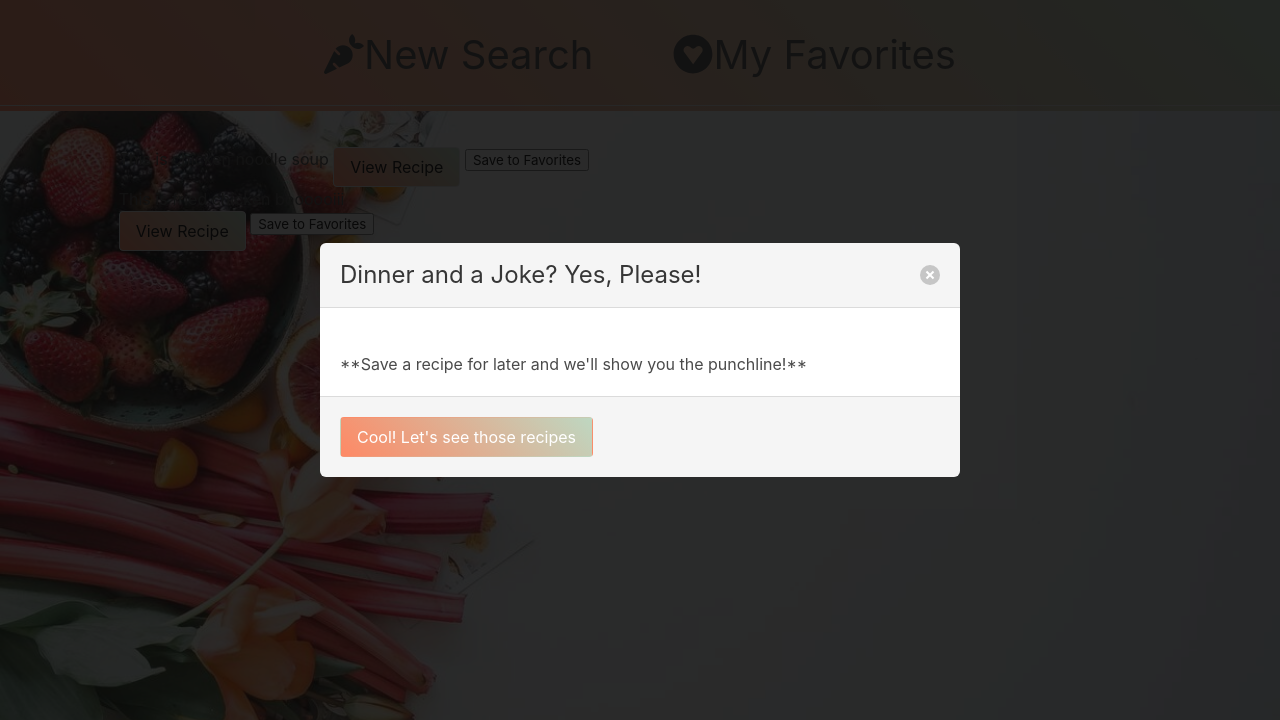
Repository: puakehaulani/the-hungry-app-proj1
Page: results.html
These files come from the project's save history. The page is drawn as it stood at one moment and after the next save; the edit follows.
The browser window is 1280 px wide. The pictures show the window.
The page's requests for data from a server got no answer. A layer covers the whole window, so only the first screen is drawn. Some web libraries are served in a nearby version.

Above is the page before, as saved 2020-10-17 12:41:00.

After the next save:
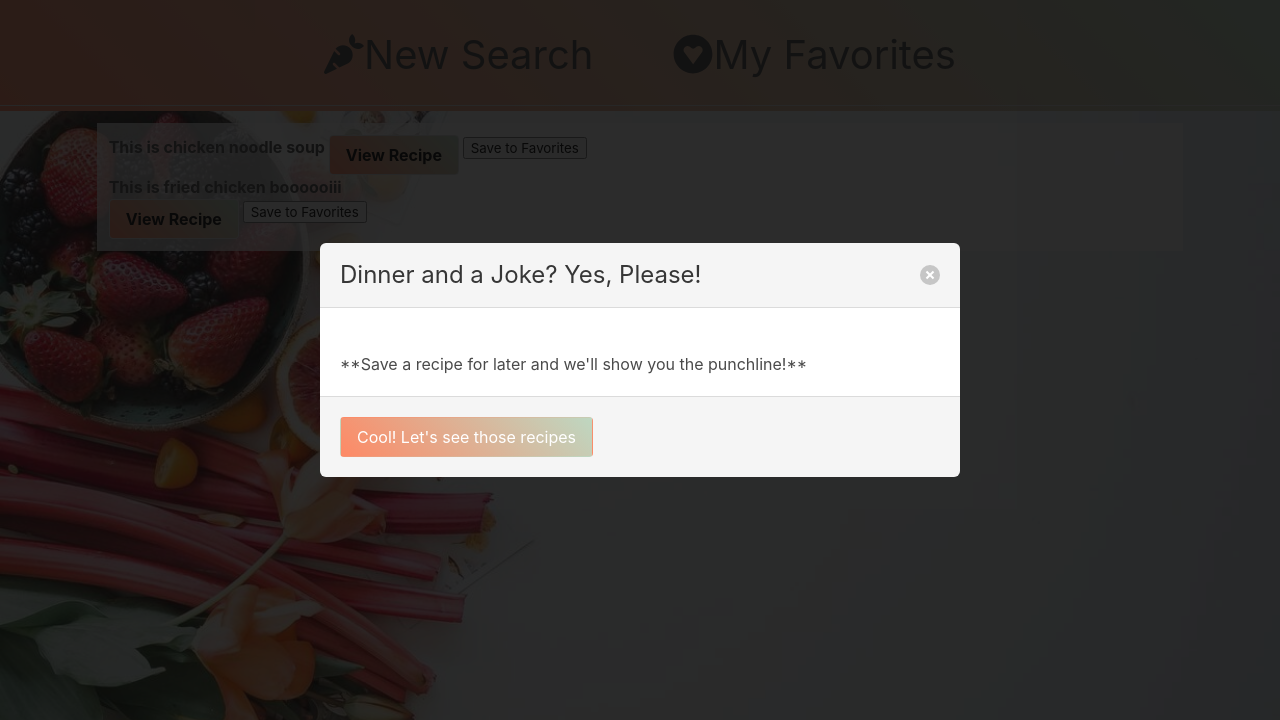
Saved 2 min 34 s later.
--- a/results.html
+++ b/results.html
@@ -32,8 +32,8 @@
             </li>
         </ul>
     </nav>
-    <div class=“columns”>
-        <div class="column is-offset-1 is-10" id=“resultsContentContainer”>
+    <div class="columns">
+        <div class="column is-offset-1 is-10" id="resultsContentContainer">
             <ul id=“display”>
                 <li>
                     This is chicken noodle soup
